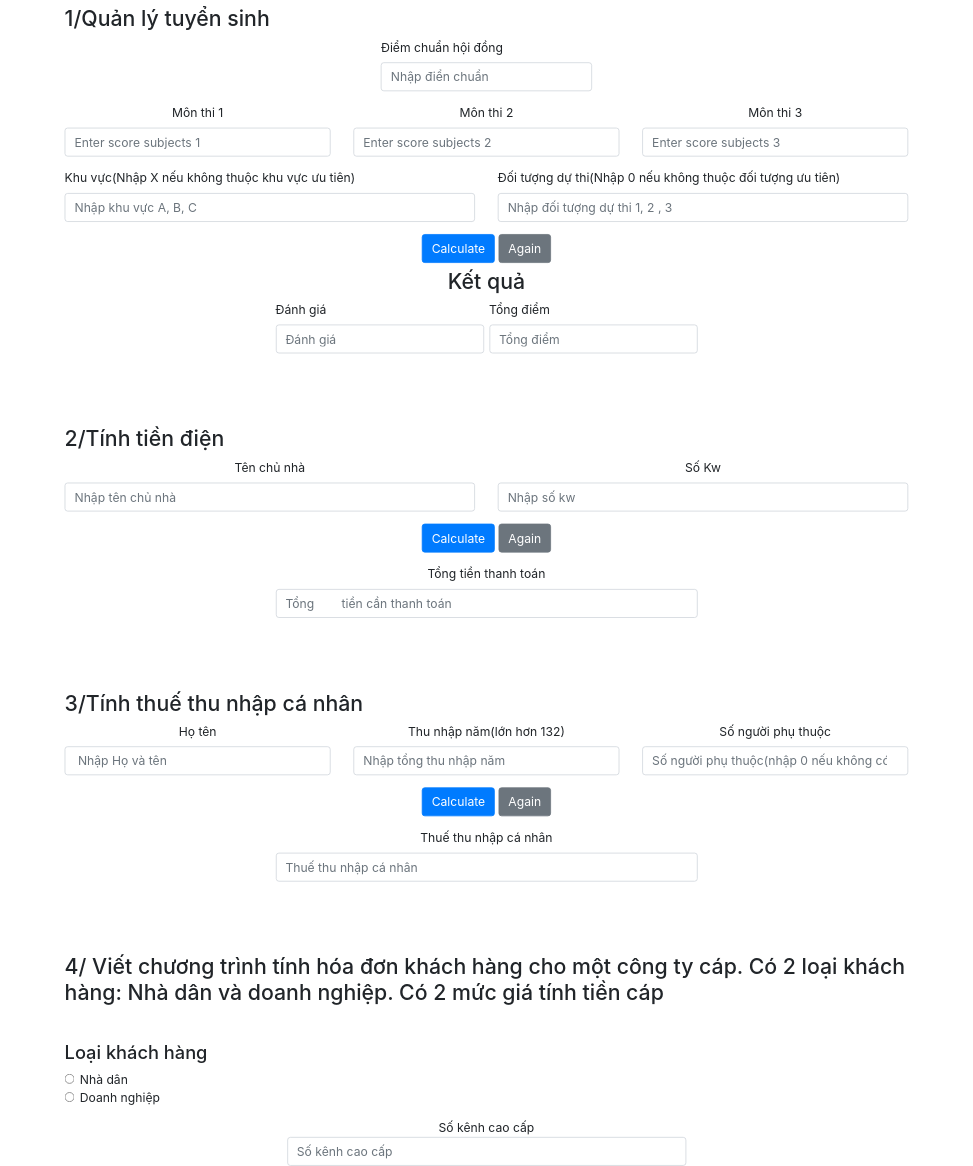
Repository: baobaodeveloper/bootcamp21__jsbasic4_HuynhAnhBao
Page: index.html
The author's editor kept a copy of each file at every save. The page is drawn from the files as they stood at one save, then again after the next save.
The browser window is 1280 px wide. The pictures show the whole page, at 76% of full size.

Above is the page before, as saved 2022-03-13 23:23:41.

### index.html
<!DOCTYPE html>
<html lang="en">
  <head>
    <title>Exercise3</title>
    <!-- Required meta tags -->
    <meta charset="utf-8" />
    <meta
      name="viewport"
      content="width=device-width, initial-scale=1, shrink-to-fit=no"
    />

    <!-- Bootstrap CSS -->
    <link
      rel="stylesheet"
      href="https://stackpath.bootstrapcdn.com/bootstrap/4.3.1/css/bootstrap.min.css"
      integrity="sha384-ggOyR0iXCbMQv3Xipma34MD+dH/1fQ784/j6cY/iJTQUOhcWr7x9JvoRxT2MZw1T"
      crossorigin="anonymous"
    />
  </head>
  <body>
    <!-- 1/Quản lý tuyển sinh -->
    <div class="container mt-2">
      <h3>1/Quản lý tuyển sinh</h3>

      <div class="mb-3 w-25 m-auto">
        <label>Điểm chuẩn hội đồng</label>
        <input
          type="number"
          class="form-control"
          id="score"
          placeholder="Nhập điển chuẩn"
        />
      </div>

      <div class="row mt-3 text-center">
        <div class="col">
          <label>Môn thi 1</label>
          <input
            type="number"
            class="form-control"
            id="score1"
            placeholder="Enter score subjects 1"
          />
        </div>
        <div class="col">
          <label>Môn thi 2</label>
          <input
            type="number"
            class="form-control"
            id="score2"
            placeholder="Enter score subjects 2"
          />
        </div>
        <div class="col">
          <label>Môn thi 3</label>
          <input
            type="number"
            class="form-control"
            id="score3"
            placeholder="Enter score subjects 3"
          />
        </div>
      </div>

      <div class="row mt-3">
        <div class="col">
          <label>Khu vực(Nhập X nếu không thuộc khu vực ưu tiên)</label>
          <input
            type="text"
            class="form-control"
            placeholder="Nhập khu vực A, B, C"
            id="area"
          />
        </div>
        <div class="col">
          <label
            >Đối tượng dự thi(Nhập 0 nếu không thuộc đối tượng ưu tiên)</label
          >
          <input
            type="number"
            class="form-control"
            placeholder="Nhập đối tượng dự thi 1, 2 , 3"
            id="object"
          />
        </div>
      </div>

      <div class="text-center mt-3">
        <button type="button" class="btn btn-primary" id="scoreBtn">
          Calculate
        </button>
        <button type="button" class="btn btn-secondary" id="score-btn-again">
          Again
        </button>
      </div>

      <h3 class="text-center mt-2">Kết quả</h3>

      <div class="mb-3 w-50 d-flex m-auto justify-content-between">
        <div>
          <label>Đánh giá</label>
          <input
            type="email"
            class="form-control"
            placeholder="Đánh giá"
            id="evaluate"
          />
        </div>

        <div>
          <label>Tổng điểm</label>
          <input
            type="email"
            class="form-control"
            placeholder="Tổng điểm"
            id="total-score"
          />
        </div>
      </div>
    </div>

    <!-- 2/Tính tiền điện -->
    <div class="container mt-lg-5 pt-5">
      <h3>2/Tính tiền điện</h3>
      <div class="row text-center">
        <div class="col">
          <label class="form-label">Tên chủ nhà</label>
          <input
            type="text"
            class="form-control"
            id="host"
            placeholder="Nhập tên chủ nhà"
          />
        </div>
        <div class="col">
          <label class="form-label">Số Kw</label>
          <input
            type="number"
            id="number-kw"
            class="form-control"
            placeholder="Nhập số kw"
          />
        </div>
      </div>

      <div class="text-center mt-3">
        <button type="button" class="btn btn-primary" id="electricBill">
          Calculate
        </button>
        <button type="button" class="btn btn-secondary" id="electricbill-again">
          Again
        </button>
      </div>

      <div class="w-50 m-auto pt-3 text-center">
        <label class="form-label">Tổng tiền thanh toán</label>
        <input
          type="text"
          class="form-control"
          id="total-pay"
          placeholder="Tổng
        tiền cần thanh toán"
        />
      </div>
    </div>

    <!-- 3/Tính thuế thu nhập cá nhân -->
    <div class="container mt-lg-5 pt-5">
      <h3>3/Tính thuế thu nhập cá nhân</h3>
      <div class="row text-center">
        <div class="col">
          <label class="form-label">Họ tên</label>
          <input
            type="text"
            class="form-control"
            id="name"
            placeholder=" Nhập Họ và tên"
          />
        </div>
        <div class="col">
          <label class="form-label">Thu nhập năm(lớn hơn 132)</label>
          <input
            type="number"
            id="gross-pay"
            class="form-control"
            placeholder="Nhập tổng thu nhập năm"
          />
        </div>
        <div class="col">
          <label class="form-label">Số người phụ thuộc</label>
          <input
            type="number"
            id="number-people"
            class="form-control"
            placeholder="Số người phụ thuộc(nhập 0 nếu không có)"
          />
        </div>
      </div>

      <div class="text-center mt-3">
        <button type="button" class="btn btn-primary" id="personal-income-tax">
          Calculate
        </button>
        <button
          type="button"
          class="btn btn-secondary"
          id="personal-income-tax-again"
        >
          Again
        </button>
      </div>

      <div class="w-50 m-auto pt-3 text-center">
        <label class="form-label">Thuế thu nhập cá nhân</label>
        <input
          type="text"
          class="form-control"
          id="assessable-income"
          placeholder="Thuế thu nhập cá nhân"
        />
      </div>
    </div>

    <!-- 4/ Viết chương trình tính hóa đơn khách hàng cho một công ty cáp. Có 2 loại khách hàng:
    Nhà dân và doanh nghiệp. Có 2 mức giá tính tiền cáp-->
    <div class="container mt-5 pt-5">
      <h3>
        4/ Viết chương trình tính hóa đơn khách hàng cho một công ty cáp. Có 2
        loại khách hàng: Nhà dân và doanh nghiệp. Có 2 mức giá tính tiền cáp
      </h3>
      <h4 class="mt-5 mt-2">Loại khách hàng</h4>
      <div class="form-check">
        <input
          class="form-check-input"
          type="radio"
          name="flexRadioDefault"
          id="flexRadioDefault1"
          value="private-house"
        />
        <label class="form-check-label" for="flexRadioDefault1">Nhà dân</label>
      </div>
      <div class="form-check">
        <input
          class="form-check-input"
          type="radio"
          name="flexRadioDefault"
          id="flexRadioDefault2"
          value="business"
        />
        <label class="form-check-label" for="flexRadioDefault2">
          Doanh nghiệp
        </label>
      </div>

      <div class="row pt-3 text-center w-50 m-auto">
        <div class="col d-none">
          <label class="form-check-label">Số kết nối</label>
          <input type="number" class="form-control" placeholder="Số kết nối" />
        </div>
        <div class="col">
          <label class="form-check-label">Số kênh cao cấp</label>
          <input
            type="number"
            class="form-control"
            placeholder="Số kênh cao cấp"
          />
        </div>
      </div>
    </div>
    <!-- Optional JavaScript -->
    <!-- jQuery first, then Popper.js, then Bootstrap JS -->
    <script
      src="https://code.jquery.com/jquery-3.3.1.slim.min.js"
      integrity="sha384-q8i/X+965DzO0rT7abK41JStQIAqVgRVzpbzo5smXKp4YfRvH+8abtTE1Pi6jizo"
      crossorigin="anonymous"
    ></script>
    <script
      src="https://cdnjs.cloudflare.com/ajax/libs/popper.js/1.14.7/umd/popper.min.js"
      integrity="sha384-UO2eT0CpHqdSJQ6hJty5KVphtPhzWj9WO1clHTMGa3JDZwrnQq4sF86dIHNDz0W1"
      crossorigin="anonymous"
    ></script>
    <script
      src="https://stackpath.bootstrapcdn.com/bootstrap/4.3.1/js/bootstrap.min.js"
      integrity="sha384-JjSmVgyd0p3pXB1rRibZUAYoIIy6OrQ6VrjIEaFf/nJGzIxFDsf4x0xIM+B07jRM"
      crossorigin="anonymous"
    ></script>

    <!-- <script src="exercise1.js"></script> -->
    <!-- <script src="exercise2.js"></script> -->
    <!-- <script src="exercise3.js"></script> -->
    <script src="exercise4.js"></script>
  </body>
</html>

Loaded but not shown: exercise4.js (no stored copy; drawn as an empty file)

After the next save:
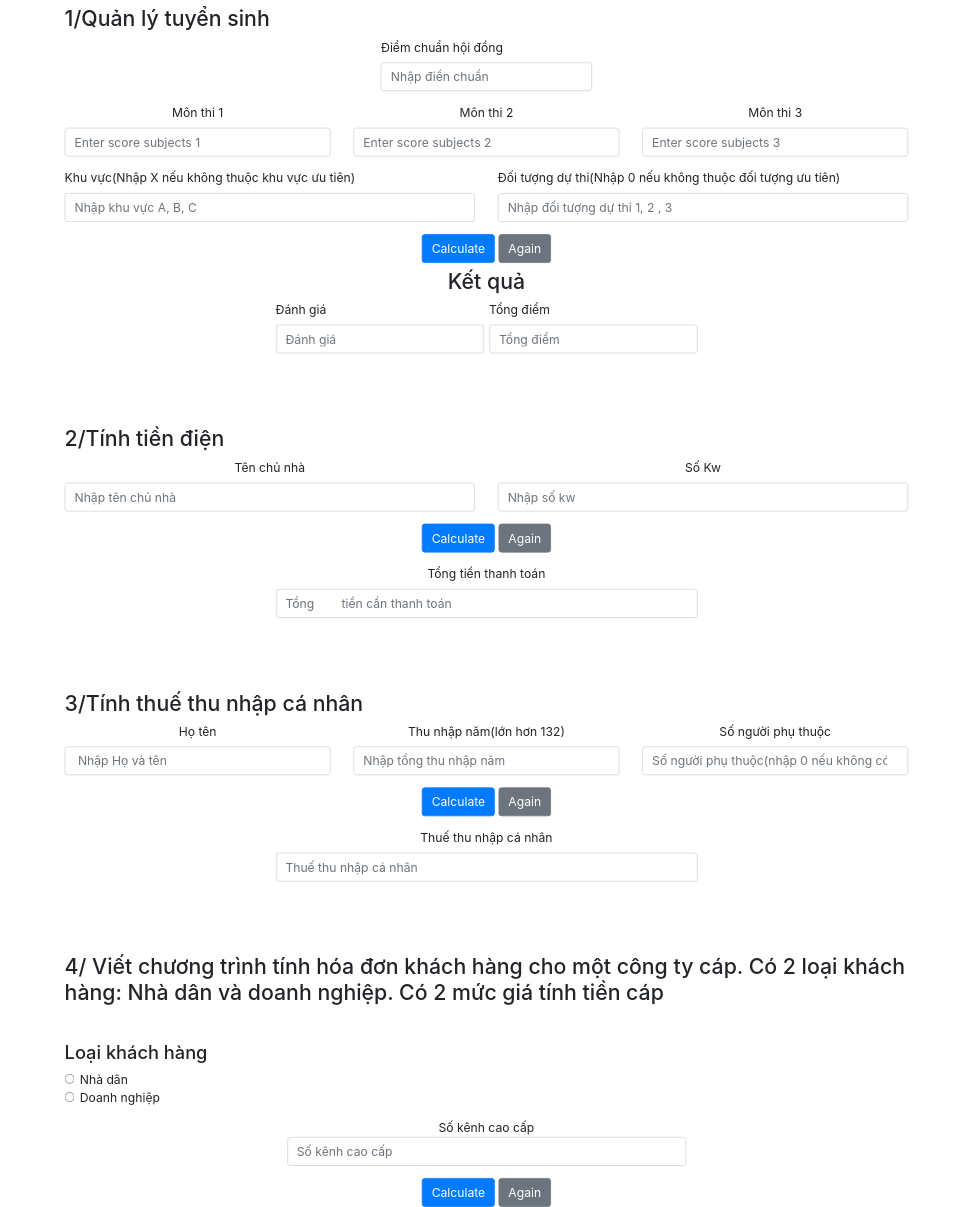
Saved 34 s later.
--- a/index.html
+++ b/index.html
@@ -265,6 +265,19 @@
             placeholder="Số kênh cao cấp"
           />
         </div>
+      </div>
+
+      <div class="text-center mt-3">
+        <button type="button" class="btn btn-primary" id="personal-income-tax">
+          Calculate
+        </button>
+        <button
+          type="button"
+          class="btn btn-secondary"
+          id="personal-income-tax-again"
+        >
+          Again
+        </button>
       </div>
     </div>
     <!-- Optional JavaScript -->
